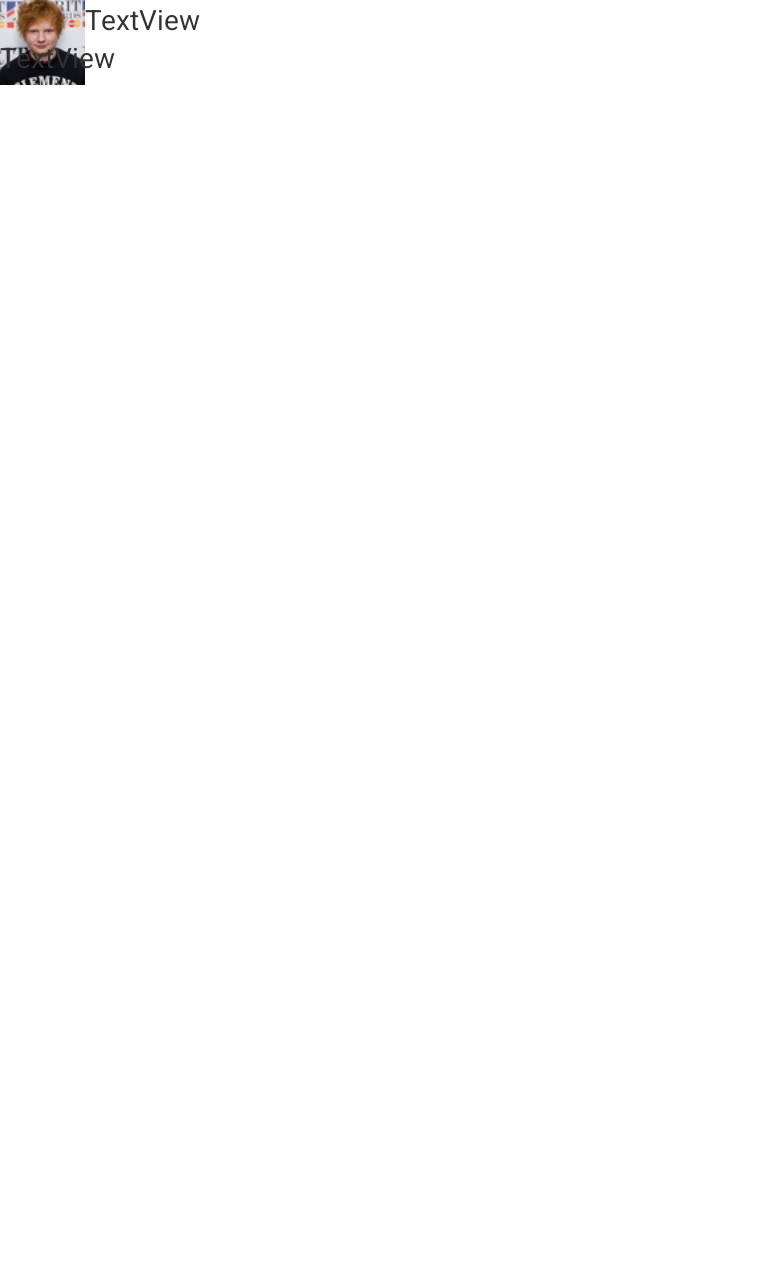
Repository: sam-stewart/in721
Layout: Eclipse/WebServices2/res/layout/artist_list_item.xml
The author's editor kept a copy of each file at every save. The layout is drawn from the files as they stood at one save, then again after the next save.
It is drawn on a 768 x 1280 px phone screen (xhdpi) without system bars, with theme AppTheme; the app's code is not run.

Above is the layout before, as saved 2015-04-14 07:41:43.

After the next save:
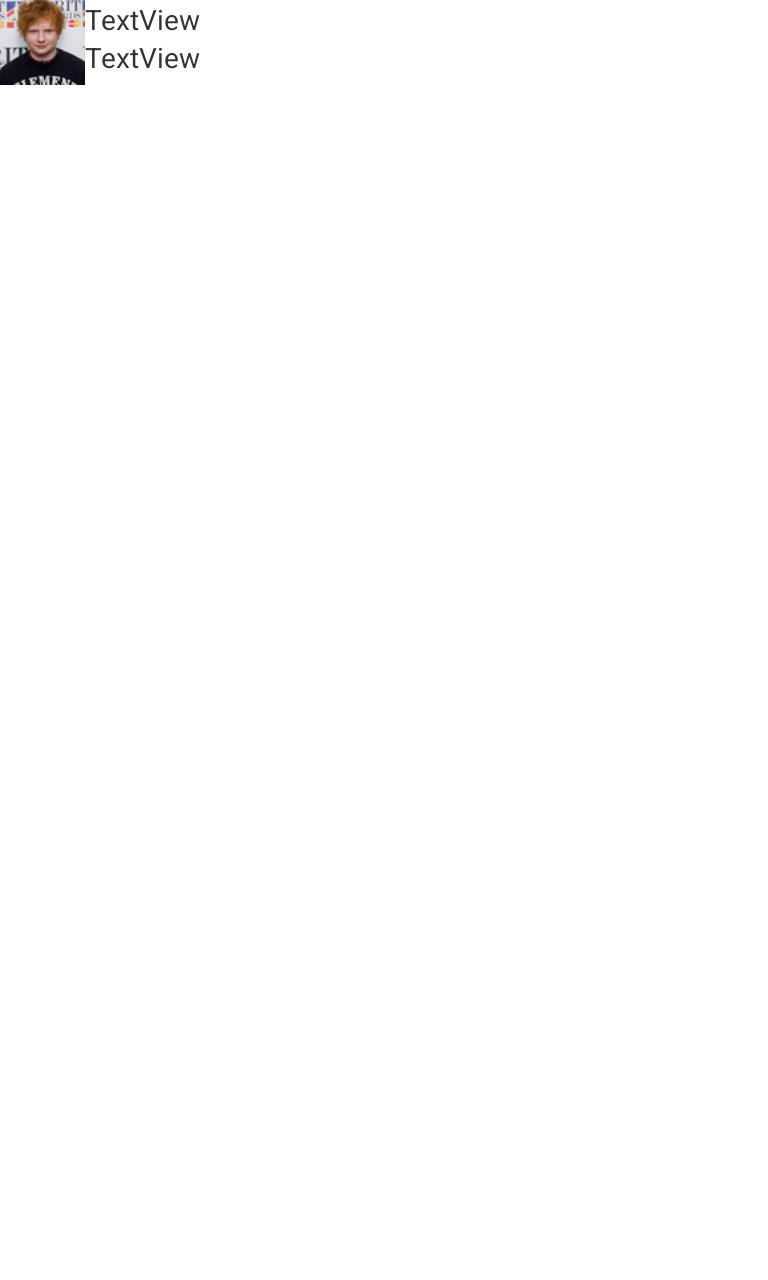
Saved 60 s later.
--- a/Eclipse/WebServices2/res/layout/artist_list_item.xml
+++ b/Eclipse/WebServices2/res/layout/artist_list_item.xml
@@ -22,6 +22,7 @@
         android:layout_width="wrap_content"
         android:layout_height="wrap_content"
         android:layout_below="@id/name_textView"
+        android:layout_toRightOf="@id/list_imageView"
         android:text="TextView" />
 
 </RelativeLayout>
